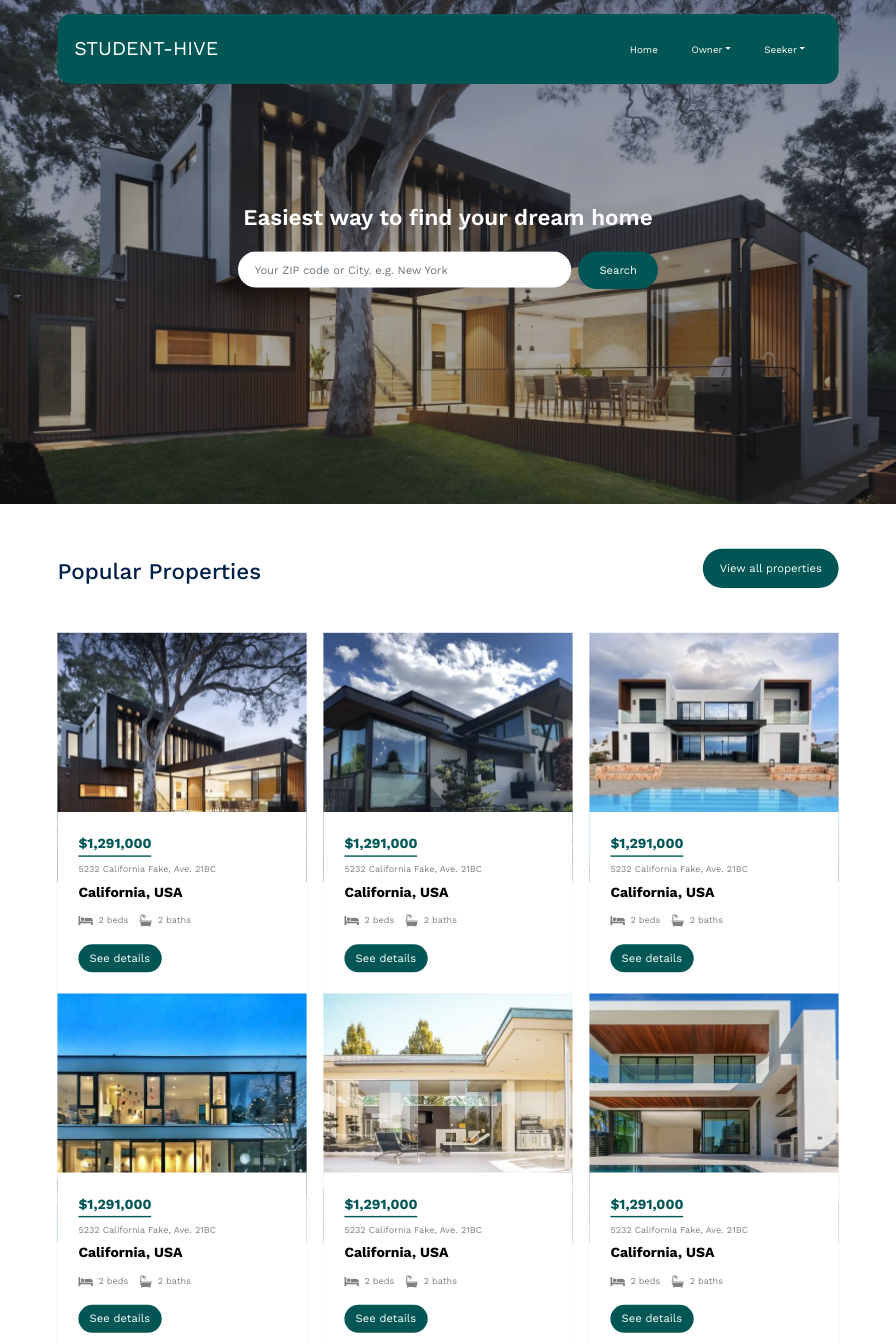
Repository: Farhan0021/Rentalproject
Page: / (app in front/)
The author's editor kept a copy of each file at every save. The page is drawn from the files as they stood at one save, then again after the next save.
The browser window is 1280 px wide. The pictures show the part of the page from y = 0 to 1920 px (the page is 2990 px tall), at 70% of full size.
The project was rebuilt for these pictures with package versions that can differ from the ones it lists, and the page was loaded fresh each time. Also part of the build but not shown: front/vite.config.js, front/src/pages/seekers/Login.jsx, front/src/schema/SeekerSignupSchema.jsx, front/src/pages/seekers/Signup.jsx, front/src/pages/owner/Login.jsx, front/src/schema/OwnerSignupSchema.jsx, front/src/pages/owner/Signup.jsx.

Above is the page before, as saved 2025-04-30 12:49:59.
Console error: TypeError: Cannot read properties of null (reading 'style')

After the next save:
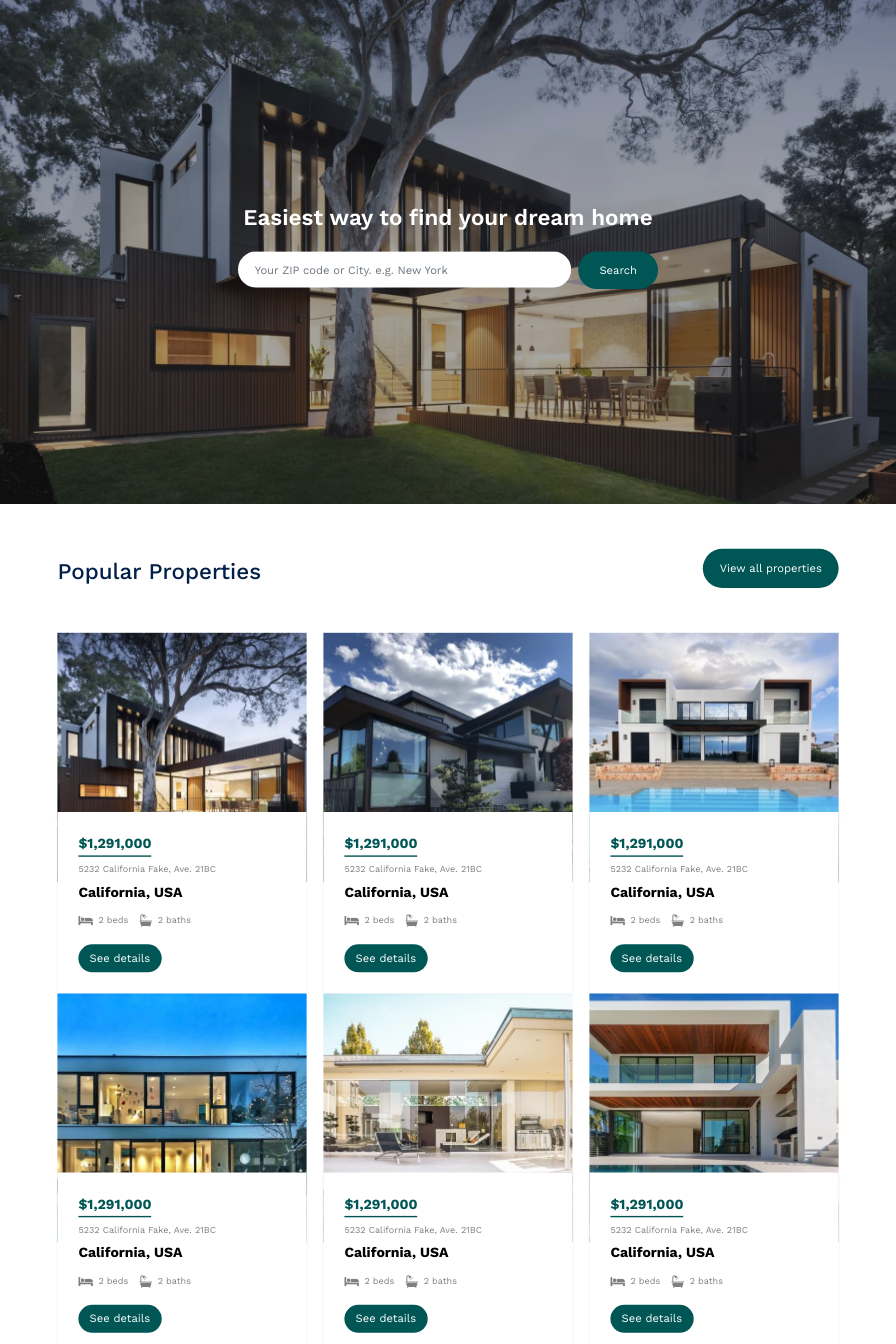
Saved 2 h 39 min later.
--- a/front/src/components/HeaderNew.jsx
+++ b/front/src/components/HeaderNew.jsx
@@ -4,7 +4,7 @@ import {NavLink} from 'react-router-dom'
 const HeaderNew = () => {
     return (
 
-    <div className="container fixed-top" style={{top:"20px" }}>
+    <div className="container" style={{top:"20px", position : "absolute" }}>
      <nav className='navbar navbar-expand-sm navbar-dark bg-green p-4' style={{borderRadius : "20px"}}>
           <NavLink className="navbar-brand" style={{fontSize : "28px"}} to='/'>STUDENT-HIVE</NavLink>
               <button className='navbar-toggler' data-bs-toggle="collapse" data-bs-target="#menu">
